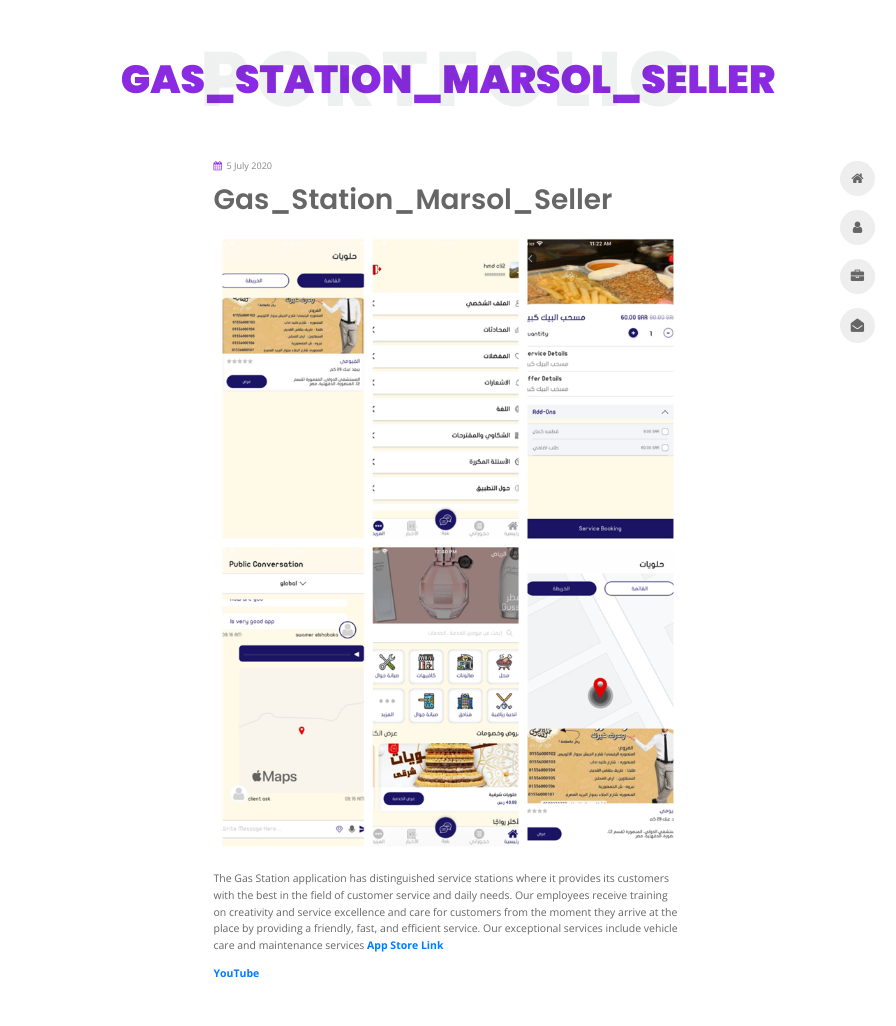
Repository: mhamdimno/mywebsite
Page: projects/gas_station_marsol_seller/index.html
These files come from the project's save history. The page is drawn as it stood at one moment and after the next save; the edit follows.
The browser window is 1280 px wide. The pictures show the whole page, at 70% of full size.

Above is the page before, as saved 2022-02-20 12:33:23.

After the next save:
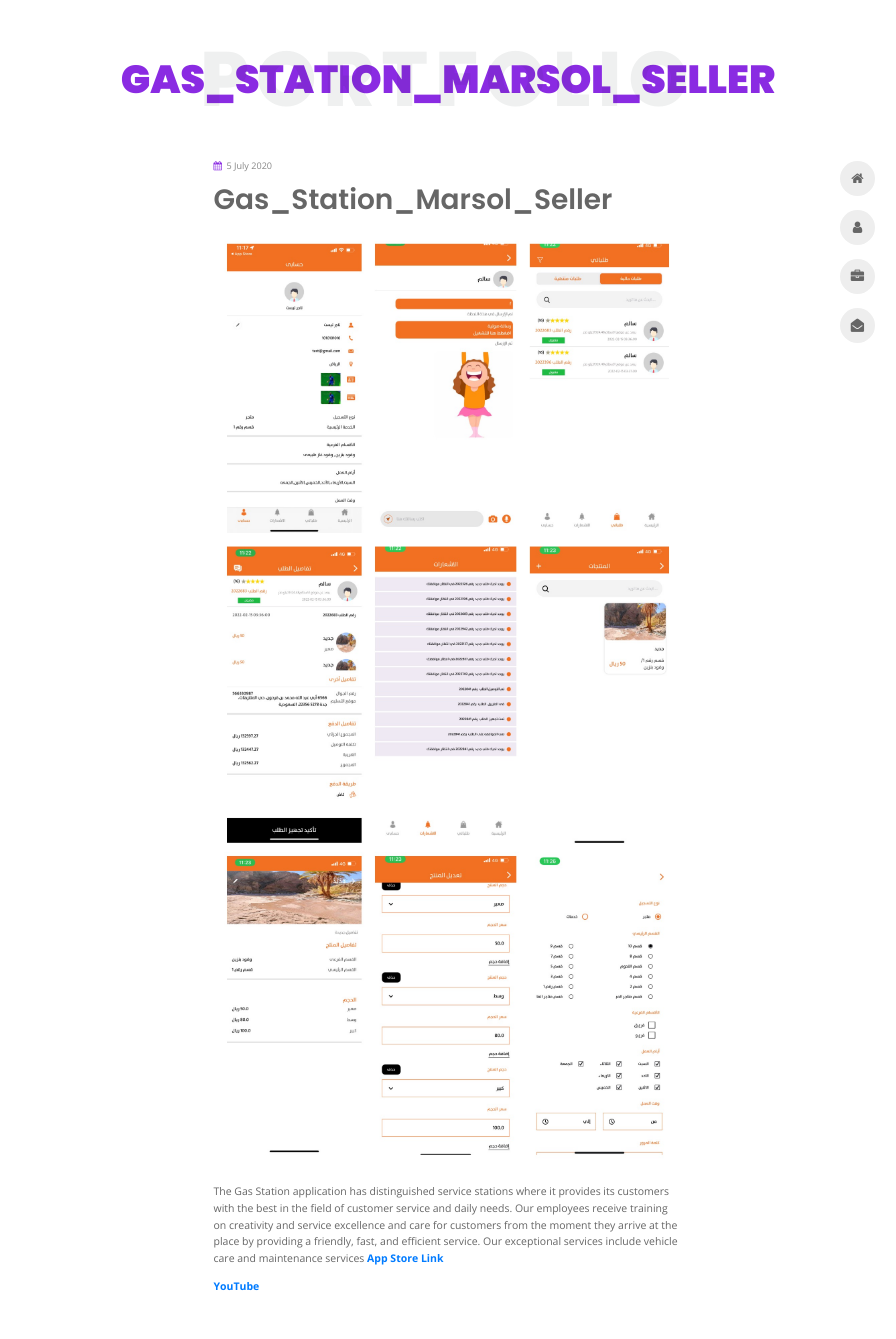
Saved 61 s later.
--- a/projects/gas_station_marsol_seller/index.html
+++ b/projects/gas_station_marsol_seller/index.html
@@ -93,7 +93,7 @@
                 <!-- Meta Ends -->
                 <!-- Article Content Starts -->
                 <h1 class="text-uppercase text-capitalize">Gas_Station_Marsol_Seller</h1>
-                <img src="../../img/projects/Ask.jpg" class="img-fluid" alt="Blog image"/>
+                <img src="../../img/projects/gas_station_marsol_seller.jpg" class="img-fluid" alt="Blog image"/>
                 <div class="blog-excerpt open-sans-font pb-5">
                     <p>
                         The Gas Station application has distinguished service stations where it provides its customers with the best in the field of customer service and daily needs. Our employees receive training on creativity and service excellence and care for customers from the moment they arrive at the place by providing a friendly, fast, and efficient service. Our exceptional services include vehicle care and maintenance services
